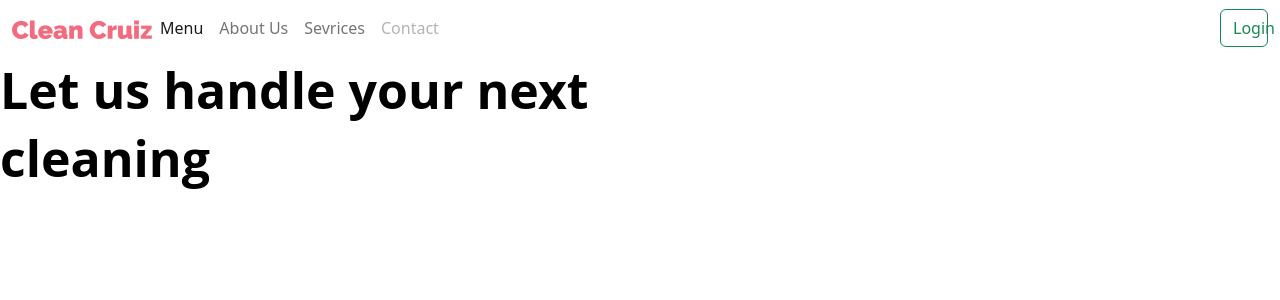
Repository: uy022/QuocUybaitapgiuaki
Page: index.html
An editor plug-in stored every save of this project. The page is shown before and after the next save, followed by the edit.
The browser window is 1280 px wide. The pictures show the whole page.

Above is the page before, as saved 2022-08-30 18:46:46.

### index.html
<!DOCTYPE html>
<html>
    <head>
        <title> Bài tập giữa kỳ </title>
        <link href="node_modules/bootstrap/dist/css/bootstrap.min.css" rel="stylesheet" />
       <link rel="stylesheet" href="./css/style1.css">
    </head>
    <body>

        <div class="menu">
            <nav class="navbar navbar-expand-lg menu1">
                <div class="container-fluid">
                  <div class="logo">
                    <img src="./imgs/Clean Cruiz LOGO 1.png" alt="">
                  </div>
                  <button class="navbar-toggler" type="button" data-bs-toggle="collapse" data-bs-target="#navbarSupportedContent" aria-controls="navbarSupportedContent" aria-expanded="false" aria-label="Toggle navigation">
                    <span class="navbar-toggler-icon"></span>
                  </button>
                  <div class="collapse navbar-collapse" id="navbarSupportedContent">
                    <ul class="navbar-nav me-auto  mb-2 mb-lg-0">
                      <li class="nav-item">
                        <a class="nav-link active" aria-current="page" href="#">Menu</a>
                      </li>
                      <li class="nav-item">
                        <a class="nav-link" href="#">About Us</a>
                      </li>
                      <li class="nav-item">
                        <a class="nav-link" href="#">Sevrices</a>
                      </li>
                      <li class="nav-item">
                        <a class="nav-link disabled">Contact</a>
                      </li>
                    </ul>
                    <form class="d-flex" >
                      <button class="btn btn-outline-success form-control-color" type="submit">Login</button>
                    </form>
                  </div>
                </div>
              </nav>
        </div>

        <div class="col-6 let">
          <p>Let us handle your next cleaning</p>
        </div>

    </body>
    <script src="/node_modules/bootstrap/dist/js/bootstrap.min.js"> </script>
</html>

### css/style1.css
.let{
    font-family: 'Open Sans';
font-style: normal;
font-weight: 700;
font-size: 50px;
line-height: 68px;
color: #000000;
}

Loaded but not shown: node_modules/bootstrap/dist/css/bootstrap.min.css (library); node_modules/bootstrap/dist/js/bootstrap.min.js (library)

After the next save:
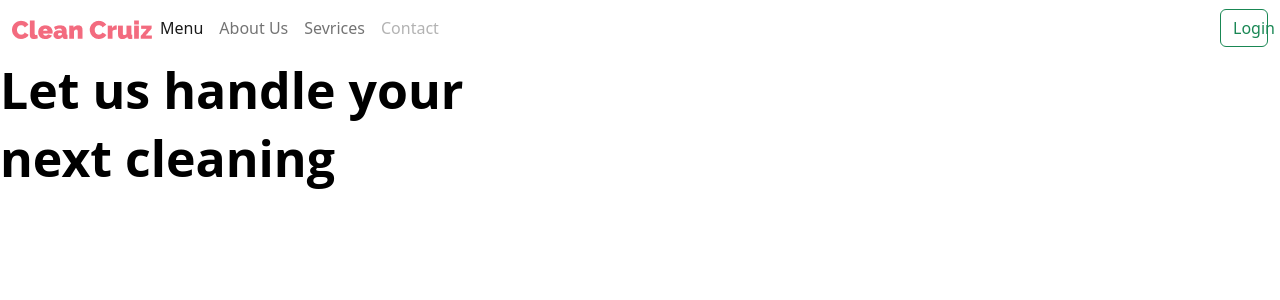
Saved 59 s later.
--- a/index.html
+++ b/index.html
@@ -40,7 +40,7 @@
         </div>
 
         <div class="col-6 let">
-          <p>Let us handle your next cleaning</p>
+          <p>Let us handle your <br> next cleaning</p>
         </div>
 
     </body>
